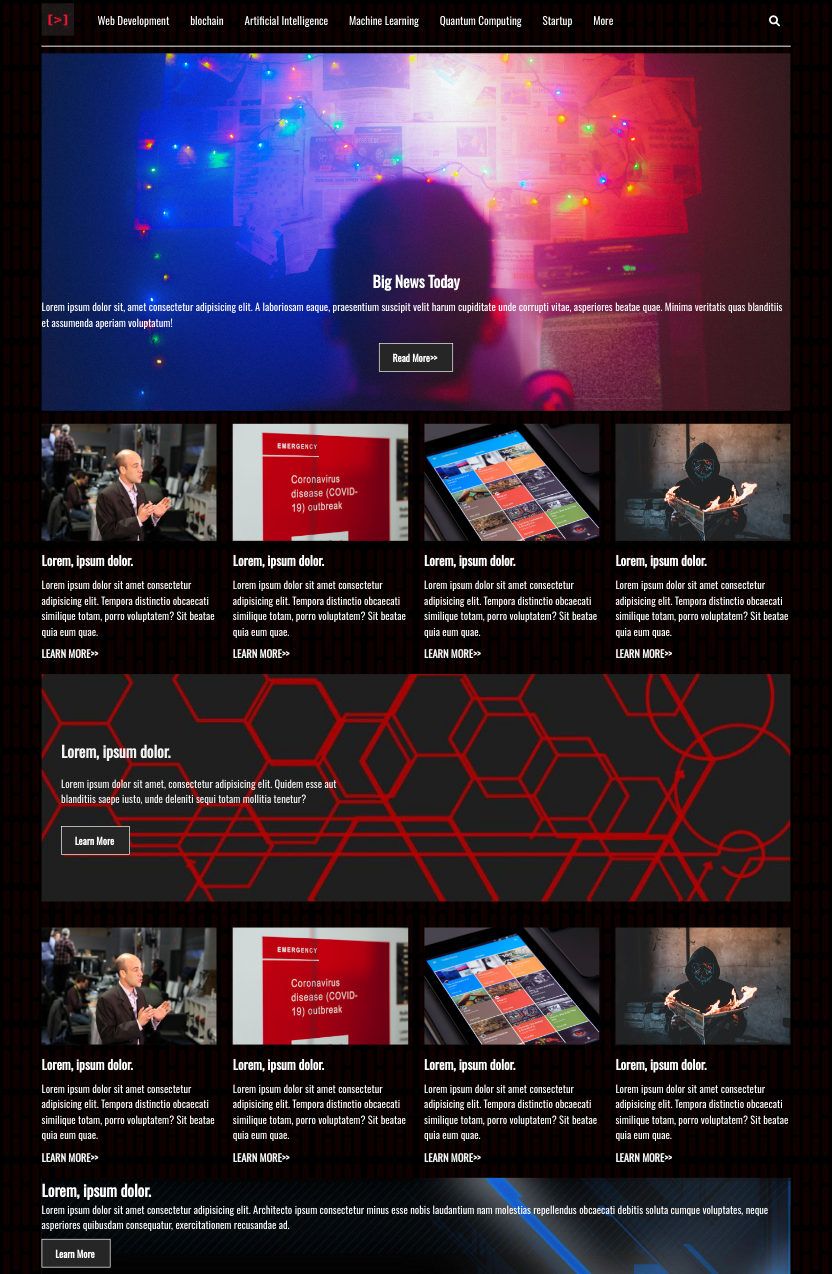
Repository: NickArregoces/News_Web
Page: index.html
These files come from the project's save history. The page is drawn as it stood at one moment and after the next save; the edit follows.
The browser window is 1280 px wide. The pictures show the whole page, at 65% of full size.

Above is the page before, as saved 2021-12-24 20:02:16.

### index.html
<!DOCTYPE html>
<html lang="en">
<head>
    <meta charset="UTF-8">
    <meta http-equiv="X-UA-Compatible" content="IE=edge">
    <meta name="viewport" content="width=device-width, initial-scale=1.0">
    <title>TechNews</title>
    <!--FONT AWESOME-->
    <link rel="stylesheet" href="https://cdnjs.cloudflare.com/ajax/libs/font-awesome/6.0.0-beta3/css/all.min.css">

    <link rel="stylesheet" href="style.Css">
    <!--Oswald FONTS-->
    <link rel="preconnect" href="https://fonts.googleapis.com">
<link rel="preconnect" href="https://fonts.gstatic.com" crossorigin>
<link href="https://fonts.googleapis.com/css2?family=Oswald:wght@200;300;400&display=swap" rel="stylesheet">
</head>
<body>

    <div class="container">

        <nav class ="nav-main">
            <img src="img/brand.png" alt="" class="nav-brand">

            <ul class="nav-menu">
                <li>
                    <a href="#">Web Development</a>
                </li>
                <li>
                    <a href="#">blochain</a>
                </li>
                <li>
                    <a href="#">Artificial Intelligence</a>
                </li>
                <li>
                    <a href="#">Machine Learning</a>
                </li>
                <li>
                    <a href="#">Quantum Computing</a>
                </li>
                <li>
                    <a href="#">Startup</a>
                </li>
                <li>
                    <a href="#">More</a>
                </li>
            </ul>
            <ul class="nav-menu-right">
                <li>
                    <a href="">
                        <i class="fas fa-search"></i>
                    </a>
                </li>
            </ul>
        </nav>
        <hr> <!--Crea una linea -->


        <!--Showcase=Imagen pricnipal-->
        <header class="showcase">
            <h2>Big News Today</h2>
            <p>Lorem ipsum dolor sit, amet consectetur adipisicing elit. A laboriosam eaque, praesentium suscipit velit harum cupiditate unde corrupti vitae, asperiores beatae quae. Minima veritatis quas blanditiis et assumenda aperiam voluptatum!</p>
        <!--lorem30 te crea 30 palabras-->
            <a class="btn" href="#">Read More>> <i class="fas fa-angles-double-right"></i></a>
        </header>

        <!--NEWS CARDS(COLUMNAS)-->
        <div class="news-cards">
            <div class="">
                <img src="img/news1.jpg" alt="News 1">
                <h3>Lorem, ipsum dolor.</h3>
                <p>Lorem ipsum dolor sit amet consectetur adipisicing elit. Tempora distinctio obcaecati similique totam, porro voluptatem? Sit beatae quia eum quae.</p>
                <a href="">Learn More>><i class="fas fa-amgle-dpuble-right"></i></a>
            </div>
            <div class="">
                <img src="img/news2.jpg" alt="News 2">
                <h3>Lorem, ipsum dolor.</h3>
                <p>Lorem ipsum dolor sit amet consectetur adipisicing elit. Tempora distinctio obcaecati similique totam, porro voluptatem? Sit beatae quia eum quae.</p>
                <a href="">Learn More>><i class fas fa-amgle-dpuble-right></i></a>
            </div>
            <div class="">
                <img src="img/news3.jpg" alt="News 3">
                <h3>Lorem, ipsum dolor.</h3>
                <p>Lorem ipsum dolor sit amet consectetur adipisicing elit. Tempora distinctio obcaecati similique totam, porro voluptatem? Sit beatae quia eum quae.</p>
                <a href="">Learn More>><i class="fas fa-amgle-dpuble-right" ></i></a>
            </div>
            <div class="">
                <img src="img/news4.jpg" alt="News 4">
                <h3>Lorem, ipsum dolor.</h3>
                <p>Lorem ipsum dolor sit amet consectetur adipisicing elit. Tempora distinctio obcaecati similique totam, porro voluptatem? Sit beatae quia eum quae.</p>
                <a href="">Learn More>><i class="fas fa-amgle-dpuble-right"></i></a>
            </div>
        </div>

        <div>

            <section class="cards-banner-one">
                <div class="content">
                    <h2>Lorem, ipsum dolor.</h2>
                    <p>Lorem ipsum dolor sit amet, consectetur adipisicing elit. Quidem esse aut blanditiis saepe iusto, unde deleniti sequi totam mollitia tenetur?</p>
                    <a href="#" class="btn">Learn More <i class="fas fa-amgle-dpuble-right"></i></a>
                </div>

            </section>

            <!--NEWS CARDS(COLUMNAS)-->
        <div class="news-cards">
            <div class="">
                <img src="img/news1.jpg" alt="News 1">
                <h3>Lorem, ipsum dolor.</h3>
                <p>Lorem ipsum dolor sit amet consectetur adipisicing elit. Tempora distinctio obcaecati similique totam, porro voluptatem? Sit beatae quia eum quae.</p>
                <a href="">Learn More>><i class="fas fa-amgle-dpuble-right"></i></a>
            </div>
            <div class="">
                <img src="img/news2.jpg" alt="News 2">
                <h3>Lorem, ipsum dolor.</h3>
                <p>Lorem ipsum dolor sit amet consectetur adipisicing elit. Tempora distinctio obcaecati similique totam, porro voluptatem? Sit beatae quia eum quae.</p>
                <a href="">Learn More>><i class fas fa-amgle-dpuble-right></i></a>
            </div>
            <div class="">
                <img src="img/news3.jpg" alt="News 3">
                <h3>Lorem, ipsum dolor.</h3>
                <p>Lorem ipsum dolor sit amet consectetur adipisicing elit. Tempora distinctio obcaecati similique totam, porro voluptatem? Sit beatae quia eum quae.</p>
                <a href="">Learn More>><i class="fas fa-amgle-dpuble-right" ></i></a>
            </div>
            <div class="">
                <img src="img/news4.jpg" alt="News 4">
                <h3>Lorem, ipsum dolor.</h3>
                <p>Lorem ipsum dolor sit amet consectetur adipisicing elit. Tempora distinctio obcaecati similique totam, porro voluptatem? Sit beatae quia eum quae.</p>
                <a href="">Learn More>><i class="fas fa-amgle-dpuble-right"></i></a>
            </div>
        </div>

        <section class="cards-banner-two">
            <div class="contaer">
                <h2>Lorem, ipsum dolor.</h2>
                <p>Lorem ipsum dolor sit amet consectetur adipisicing elit. Architecto ipsum consectetur minus esse nobis laudantium nam molestias repellendus obcaecati debitis soluta cumque voluptates, neque asperiores quibusdam consequatur, exercitationem recusandae ad.</p>
                <a href="#" class="btn">Learn More <i class="fas fa-angles-double-right"></i> </a>
            </div>


        </section>



        </div>

    </div>


</body>
</html>

### style.Css
*{
    box-sizing: border-box;
    margin: 0;
    padding: 0;
}

body{
    background:#000000;
    color:#ffff;
    background-color: #000000;
    background-image: url("data:[embedded picture, 663 characters]");
    color:#1e272e;
    font-size: 16px;
    font-family: 'Oswald', sans-serif;
}

a{
    color: #ffff;
    text-decoration: none;
}

ul{
    list-style: none;
}
.container{
    width: 90%;/*responsive*/
    margin: auto;
    color: #ffff;/*MIO*/
}
/*Navigation*/
.nav-main{
    font-size: 17px;
    display: flex;/*Elememnto al lado de otro*/
    justify-content: space-between;
    align-items: center;
    height: 60px;
    padding: 20px 0px;
}
.nav-brand{
    width: 50px;
}

/*Nav Left*/
.nav-main ul{
    display:flex;
}

.nav-main ul li{
    padding: 10px;
}

.nav-main ul li a{
    padding: 6px;
}

.nav-main ul li a:hover {
    border-bottom: 2px solid #ffffff;
}
.nav-main ul.nav-menu{
    flex:1;
    margin-left: 20px;
}

/*Showcase*/
hr{
    margin:10px 0px;
}
.showcase{
    width: 100%;
    height: 550px;
    /*Arreglar img */
    background: url(/img/showcase2.jpg) no-repeat center center/cover;
    padding-bottom: 50px;
    margin-bottom: 20px;/*Margen interna*/
    display:flex;
    flex-direction: column;
    align-items: center;/*centrar P*/
    justify-content: flex-end; /*p al final*/
}

.btn{
    cursor: pointer;
    display: inline-block;
    border: 0;
    font-weight: bold;
    padding: 10px 20px;
    background: #262626;
    color:#ffffff;
    font-size: 15px;
    border: 1px solid #ffff;
    margin:10px 0px;
}

.btn:hover{
    opacity: 0.7;
}

.showcase h2,
.showcase p{
    margin-bottom: 10px;
}

/*News CARS*/
.news-cards{
    display: grid;
    grid-template-columns: 1fr 1fr 1fr 1fr;/*4 columnas*/
    gap: 25px;/*espaciado card*/
    margin: 10px 0;
}

.news-cards img{
    width:100%;
    height:  180px;
}

.news-cards h3{
    font-size: 20px;
    margin:  10px 0;

}

.news-cards a{
    padding: 10px 0;
    color: #f2f2f2;
    text-transform: uppercase;
    display: inline-block;
    font-weight: bold;
}

.news-cards a:hover{
    text-decoration: underline; /*Line debajo*/
}

/*Cards-banner-one*/

.cards-banner-one {
    width: 100%;
    height: 350px;
    background: url(./img/tech-red.jpg) no-repeat center/cover;;
    margin-bottom: 40px;
}
.cards-banner-one .content{
    width: 40%;
    padding: 90px 0 0 30px;
    color: #f2f2f2;
}

.cards-banner-one p,
.cards-banner-one h2{
    margin: 10px 0 20px 0;
}

/*CARDS BANNER TWO*/

.cards-banner-two{
    background: url(./img/image-five.jpg) no-repeat center/cover;

}

After the next save:
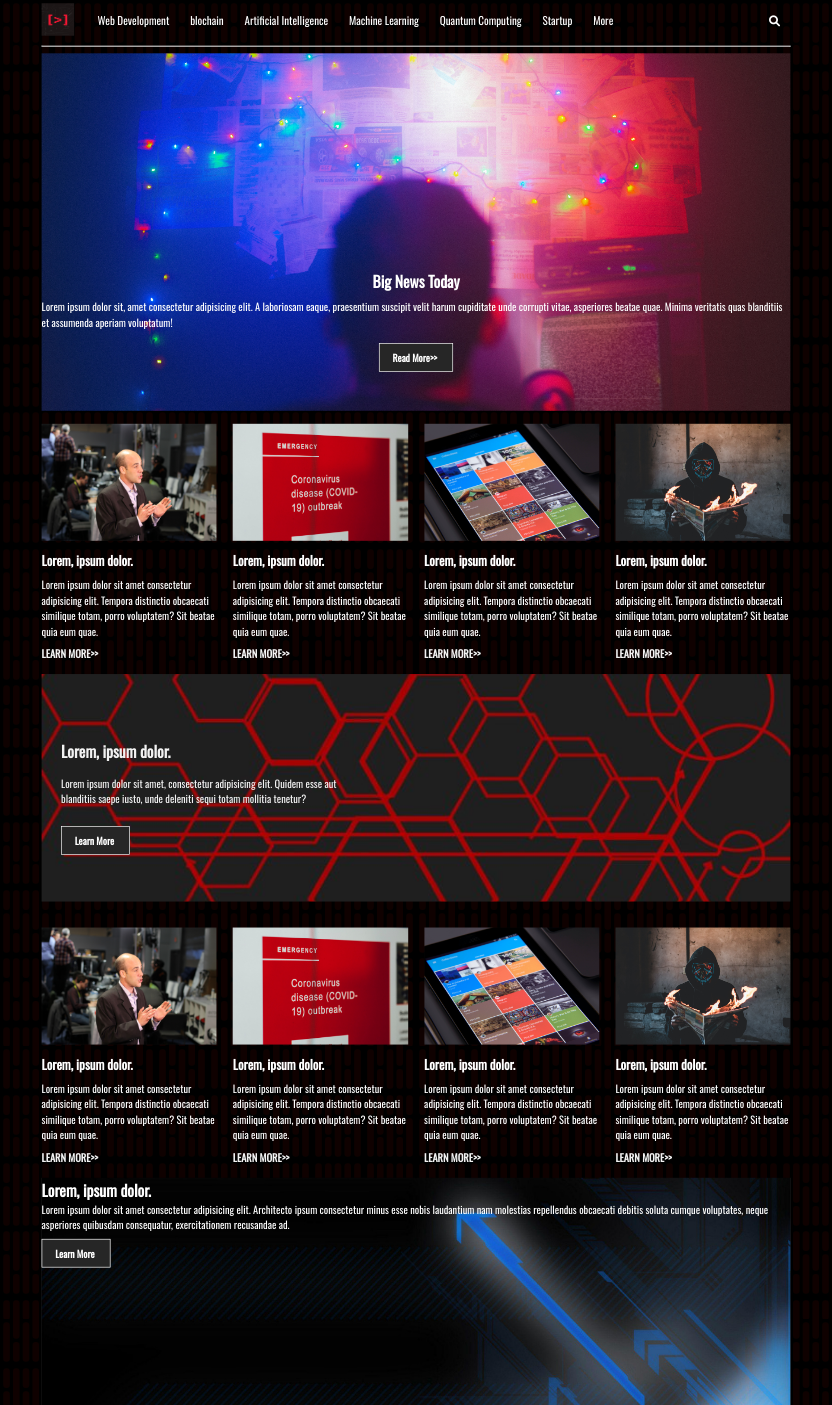
Saved 7 s later.
--- a/style.Css
+++ b/style.Css
@@ -154,5 +154,6 @@ hr{
 
 .cards-banner-two{
     background: url(./img/image-five.jpg) no-repeat center/cover;
-
+    width: 100%;
+    height: 350px;
 }
